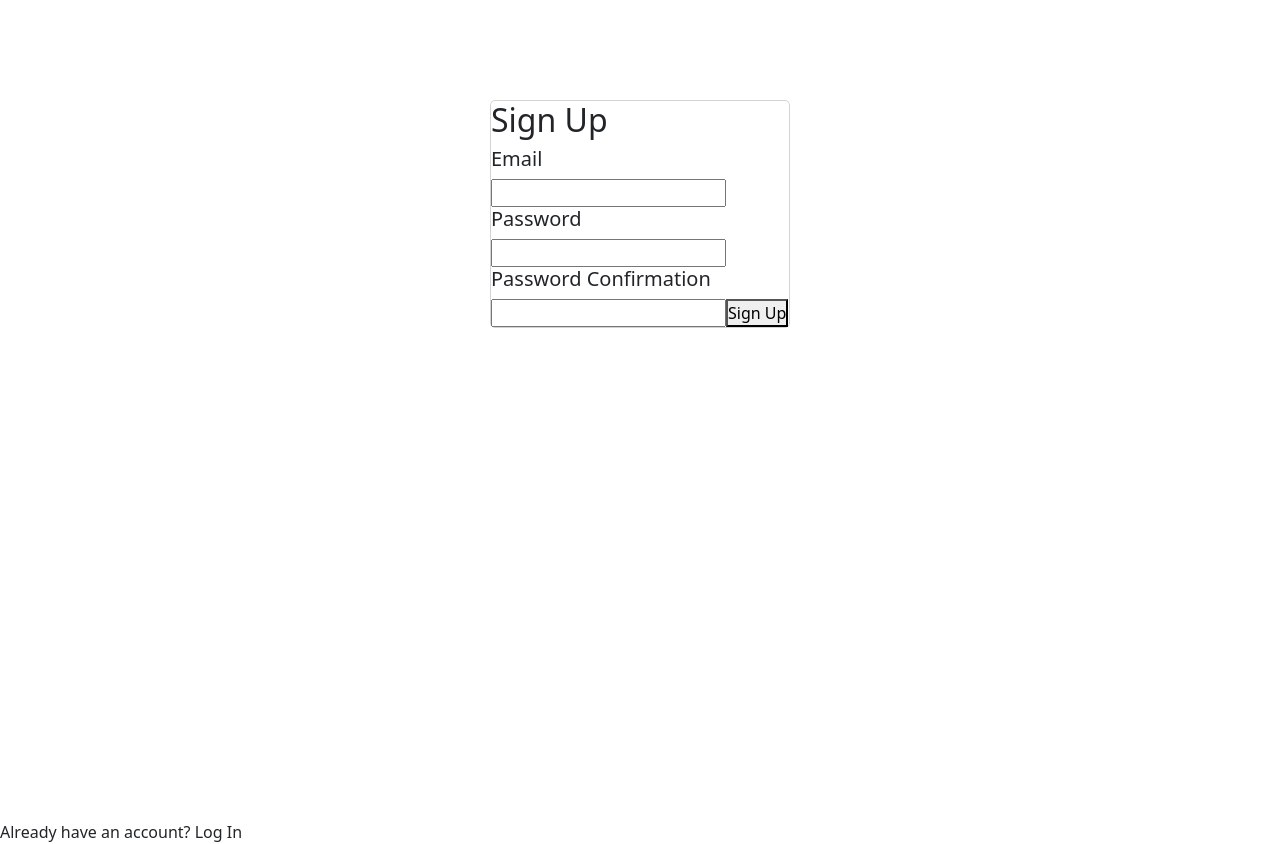
Repository: carinvid/reach-eshop
Page: /signup
An editor plug-in stored every save of this project. The page is shown before and after the next save, followed by the edit.
The browser window is 1280 px wide. The pictures show the whole page.
The page's requests for data from a server got no answer. The project was rebuilt for these pictures with package versions that can differ from the ones it lists, and the page was loaded fresh each time. No one was signed in, and anything a server would have sent is missing. Also part of the build but not shown: src/Header.css, src/Header.js, src/Home.css, src/Product.css, src/Product.js, src/Home.js, src/Checkout.css, src/CheckoutProduct.css and 7 more.

Above is the page before, as saved 2022-04-06 16:06:09.

After the next save:
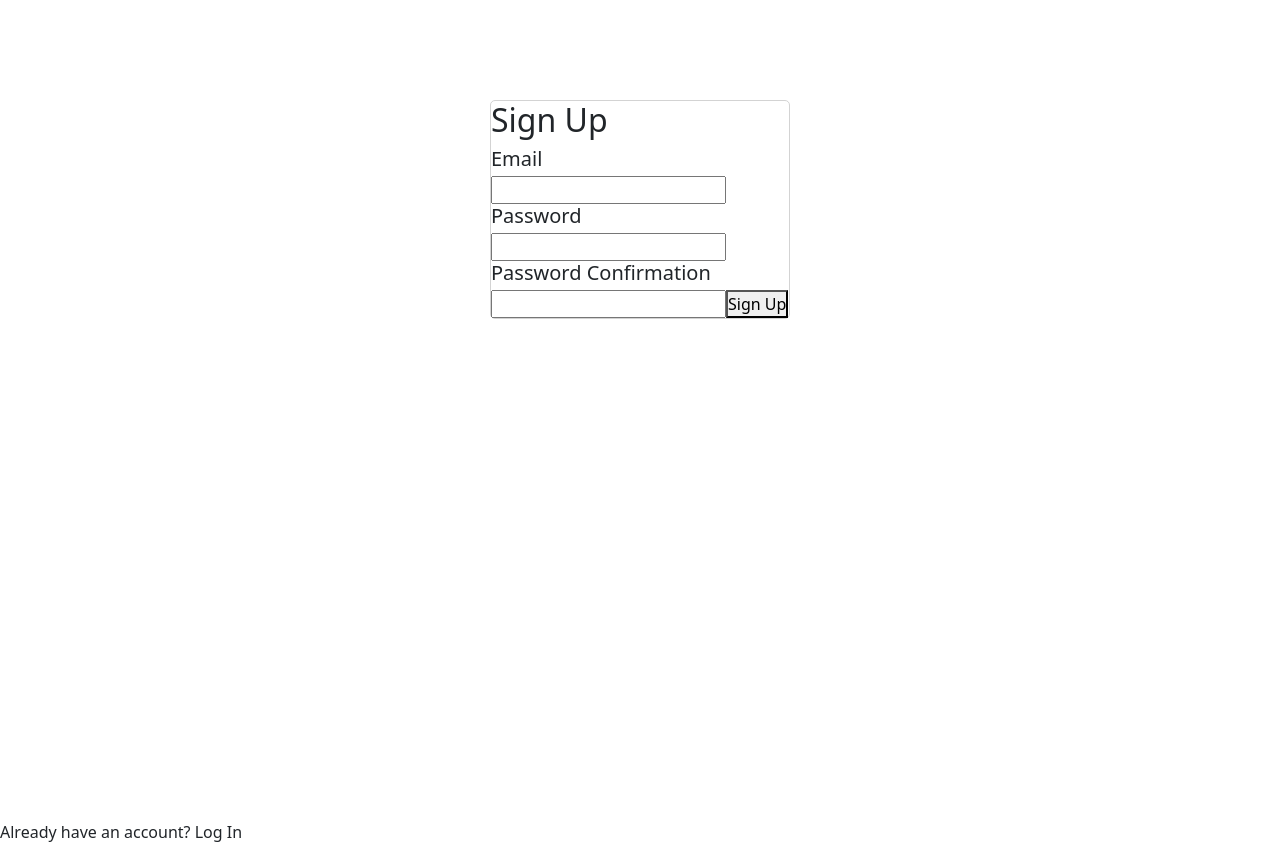
Saved 70 s later.
--- a/src/Signup.css
+++ b/src/Signup.css
@@ -15,3 +15,12 @@
     border-radius: 5px;
     border: 1px solid lightgrey;
 }
+
+.signup-container > h1 {
+    font-weight: 500;
+    margin-bottom: 20px;
+}
+
+.signup-container > form > h5 {
+    margin-bottom: 5px;
+}
